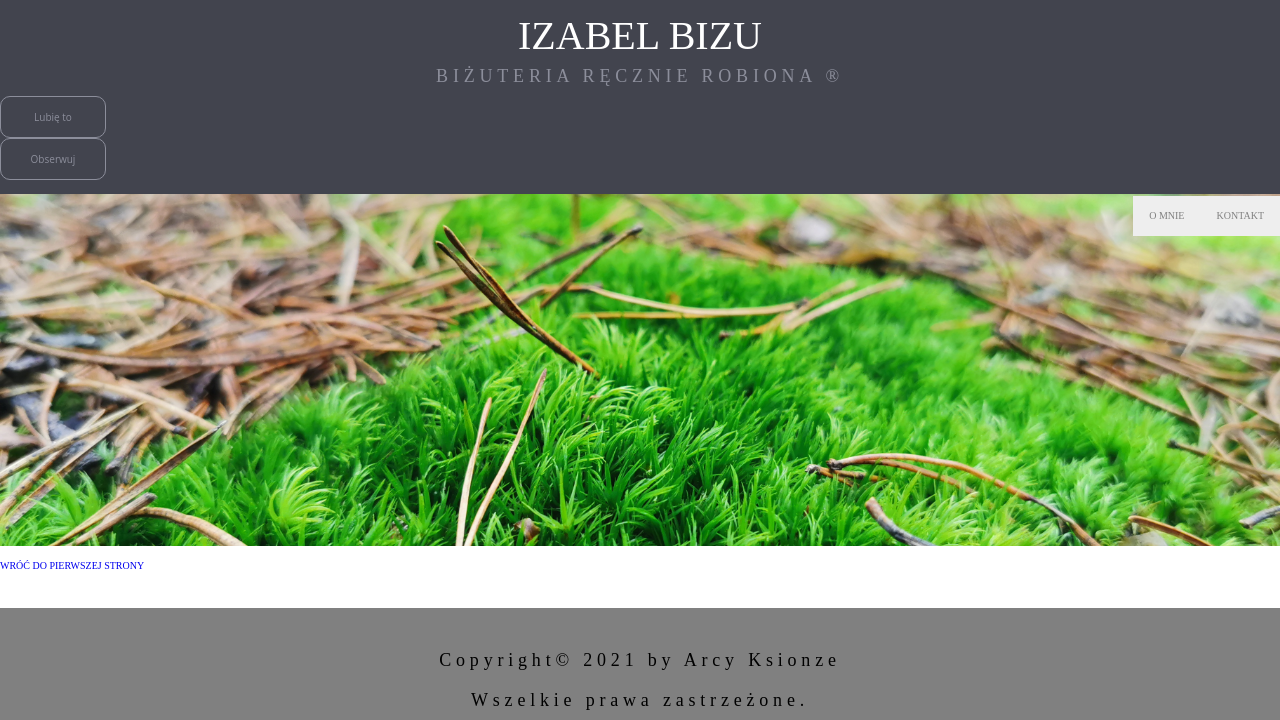
Repository: arcyksionze/strona_izy
Page: index2.html
An editor plug-in stored every save of this project. The page is shown before and after a run of saves, followed by the edit.
The browser window is 1280 px wide. The pictures show the whole page.
Some web fonts or font styles are not loaded; a fallback is used.

Above is the page before, as saved 2021-04-11 22:57:18.

### index2.html
<!DOCTYPE html>
<html lang="pl">

<head>
    <link rel="stylesheet" type="text/css" href="main2.css">
    <meta charset="UTF-8">
    <meta http-equiv="X-UA-Compatible" content="IE=edge">
    <meta name="viewport" content="width=device-width, initial-scale=1"> <!-- pozwala średzić w przeglądarce wygląd -->
    <meta name="arcy" content="arcy ksionze">
    <meta name="description" content="Biżuteria ręcznie robiona. ">
    <!-- bardzo ważny parametr w content opisuemy krótko to co wyświetlane jes póżniej pod tytułem strony w wyszukiwarce -->
    <title>Izabel-BIZU: Biżuteria ręcznie robiona</title>
    <link rel="preconnect" href="https://fonts.gstatic.com">
    <link href="https://fonts.googleapis.com/css2?family=Merienda&display=swap" rel="stylesheet">
    <!-- ważne aby wybrać czcionkę oznaczoną jako Latin Extended wtedy mamy pewność, że polskie znaki będą obsługiwane -->
</head>

<body>
    <header class="sek1">
        <h1>IZABEL BIZU</h1>
        <p>BIŻUTERIA RĘCZNIE ROBIONA &reg; </p>
        <a class="przycisk" href="#">Lubię to</a>
        <a class="przycisk" href="#">Obserwuj</a>
    </header>

    <nav class="sek2">
        <ul>
            <li><a href="#" class="kontakt">KONTAKT</a></li>
            <li><a href="#" class="omnie">O MNIE</a></li>
        </ul>
    </nav>

    <div class="sek3">
        <h2></h2>
        <!-- target blank powoduje otwarcie nowej zakładki po kliknięciu. target stosujemy tylko wtedy kiedy chcemy aby link przekierował kogoś na zewnętrzną lokalizację, w ramach naszej strony nie stosujemy tego typu rozwiązania. Jeśli chcemy aby po kliknięciu nastąpiło przeniesienie na jakąć część/sekcję na danej stronie stosujemy identyfikatory id i dodajemy w href="#nazwasekcji"-->
    </div>
    <!--
    <div class="sek6">
      <a href="http://www.eduweb.pl" target="blank"> eduweb.pl</a>
      <a href="https://www.google.com" target="blank">Google</a>
      <a href="https://twitter.com" target="blank">Twitter</a>
			<a href="https://www.facebook.com" target="blank">Facebook</a>
    </div>
-->
    <div class="sek4">
        <a href="index.html" title="Powrót do strony 1">WRÓĆ DO PIERWSZEJ STRONY </a>
        <!-- <a href="index3.html" title="Powrót do strony 1">Do przodu</a> -->
    </div>
    <footer class="sek5">
        <p>Copyright&copy; 2021 by Arcy Ksionze</p>
        <p>Wszelkie prawa zastrzeżone.</p>
    </footer>

</body>

</html>

### main2.css
/* reset meyere */
@import url("reset-css.css");

@font-face {
	font-family: "alex";
	src: url("alex.ttf");
	src: url(KaushanScript-Regular.otf);
}

@font-face {
	font-family: "kau";
	src: url(KaushanScript-Regular.otf);
}

body {
	/* WSZYSTKO */
	font-family: Merriweather, 'Times New Roman', serif;
	font-size: 10px;
	line-height: 2.5rem;
	/* odstęp pomiędzy wierszami */
}

/*
1) font-weight: pogrubienie tekstu
2) line-height: odstępy pomiędzy wierszami tekstu
3) font-style: tekst pochylony
4) text-indent: wcięcie w tekście w rem
5) text-transform: uppercase - zmienia trzcionkę na WIELKIE LITERY
6) text-decoration: np możemy ustawiś podkreślanie textu
*/

h1 {
	/* IZABEL BIZU */
	font-size: 2.5rem;
}

h2 {
	/* to jest pierwsza podstrona */
	font-family: 'Open Sans'Arial, sans-serif;
	font-size: 1.6rem;
	color: #e5127d;
}

p {
	/*Biżuteria ręcznie robiona i ...:)  */
	font-size: 1.125rem;
	/* wielkość czcionki */
	letter-spacing: 0.3rem;
	/* odległość pomiędzy literami */
	color: #8c8e9b;
}

a {
	/* wszystkie a: lubię to, Obserwuj, pokaż więcej i pokaż więcej postów */
	text-decoration: none;
	/* brak podkreślenia w "a" lubię to i Obserwuj */
}

.sek1 {
	/* to jest nagłówek z IZABEL BIZU, BIŻUTERIA RĘCZNIE ROBIONA ORAZ LUBIĘ TO I OBSERWUJ */
	display: flex;
	flex-direction: column;
	text-align: center;
	background-color: #42444e;
	color: white;
	width: 100vw;
	padding-top: 1rem;
	padding-bottom: 1rem;
}

.przycisk {
	font-family: "Open Sans", sans-serif;
	display: inline-block;
	border: 1px solid #8c8e9b;
	/* obwódka, krawędź */
	color: #8c8e9b;
	border-radius: 10px;
	/* zaokrąglone krawędzie obwódki */
	width: 6.5rem;
}

.przycisk:hover {
	border: 1px solid gray;
	background-color: aqua;
}

.sek2 {
	text-align: center;
	width: 100%;
	height: 2.5rem;
}

.kontakt,
.omnie {
	display: inline-block;
	float: right;
	background-color: #eee;
	color: gray;
	padding-left: 1rem;
	padding-right: 1rem;
}

.omnie:hover {
	background-color: aqua;
}

.kontakt:hover {
	background-color: aqua;
}

.sek3 {
	background-image: url(obrazy/IMG_20210106_140751.jpg);
	background-size: cover;
	background-repeat: no-repeat;
	background-position: center center;
	margin-top: -2.6rem;
	font-family: 'Merienda';
	height: 6rem;
	text-align: center;
	padding: 10%;
}

.sek4 {
	position: fixed;
	color: purple;
	text-align: right;
}

.sek5 {
	position: absolute;
	width: 100%;
	height: 5rem;
	bottom: 0;
	background-color: grey;
	text-align: center;
	padding-top: 2rem;
}

.sek5 p {
	color: black;
}

.sek6 {
	width: 100%;
	height: 5rem;
	text-align: center;
}

.sek6 a:link {
	/* nieodwiedzony link */
	/* kolejność tych pozycji jest istotna */
	color: #FF0000;
}

/* odwiedzony link */
.sek6 a:visited {
	color: #00FF00;
}

/* po najechaniu */
.sek6 a:hover {
	color: #FF00FF;
	padding: 20px;
	background-color: cornflowerblue;
	font-size: 40px;
}

/* aktywny */
.sek6 a:active {
	color: #0000FF;
}


/* margin: 1 2 3 4 tzn. 1 górny margines, 2 prawy, 3 dolny, 4 lewy; jeśli wpiszemy tylko dwie wartości będą oznaczały: 1-góra i dół 2- prawo i lewo; wielkość np 20px auto oznacza że 20px to margines górny i dolny natomiast lewy iprawy będzie ustawiony automatycznie */

/* 1em i 1rem=100% */

/* POZYCJONOWANIE */
/*
1) position: relative - pozwala nam dodawanie marginesów z ręki. np. margin-top itp. kontenery mogą się na siebie nachodzić
2) position: absolute: odnosi się do rodzica
3) position: fixed - ustawia kontemer zawsze w tym samym miejscu przeglądarki podczas przeciągania
4) float left lub right jest to opcja powodująca opływanie tekstu. clear: both skreśla wcześniejsze float left lub right

*/

Loaded but not shown: reset-css.css (common file)

After the next 2 saves:
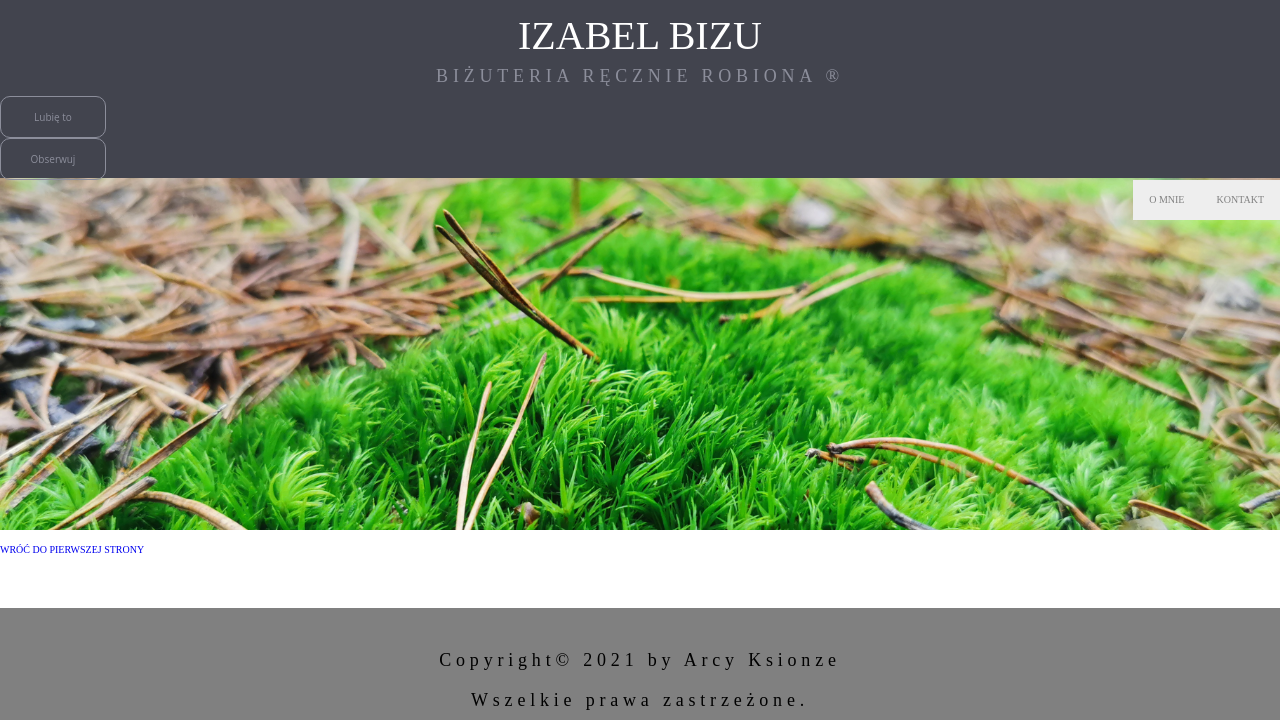
The 2 saves are shown as one change because they came seconds apart.
The last was saved 9 s later.
--- a/main2.css
+++ b/main2.css
@@ -65,7 +65,7 @@
 	color: white;
 	width: 100vw;
 	padding-top: 1rem;
-	padding-bottom: 1rem;
+	padding-bottom: 0.2;
 }
 
 .przycisk {
